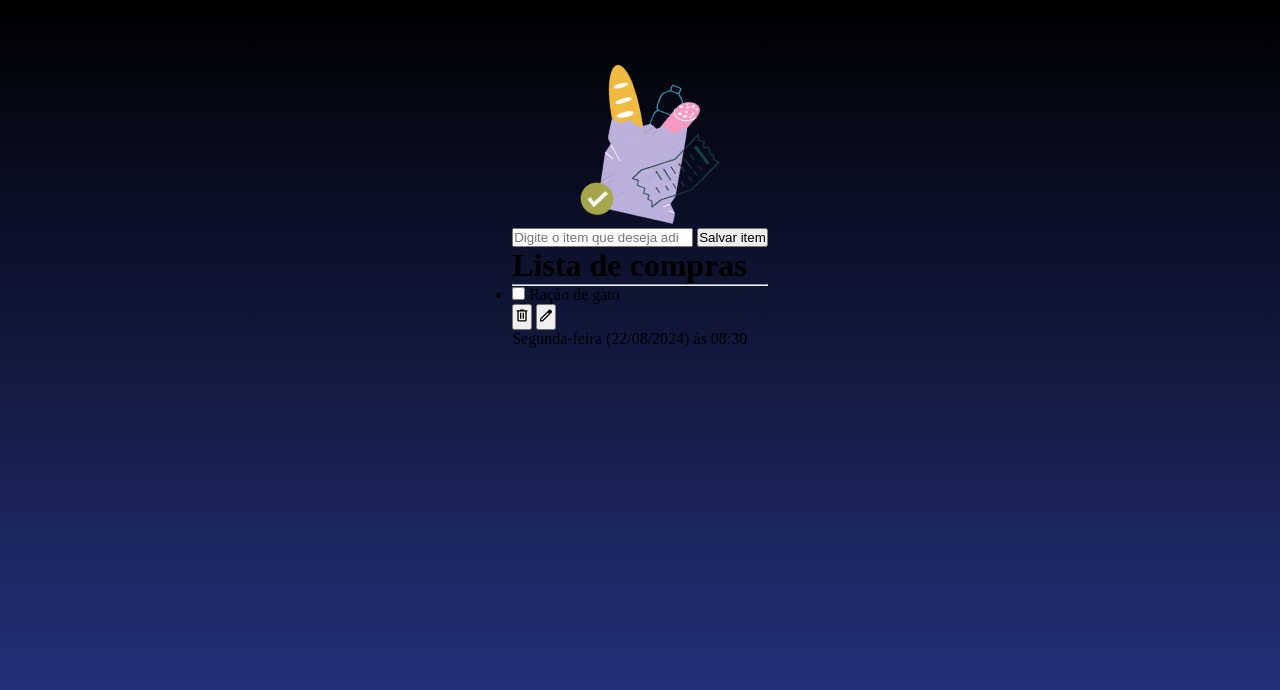
Repository: joaoPraiaJunior/compras_js
Page: index.html
These files come from the project's save history. The page is drawn as it stood at one moment and after the next save; the edit follows.
The browser window is 1280 px wide. The pictures show the whole page.
Some web fonts or font styles are not loaded; a fallback is used.

Above is the page before, as saved 2024-08-22 19:49:29.

### index.html
<!DOCTYPE html>
<html lang="pt-BR" dir="ltr">

<head>
    <meta charset="UTF-8">
    <meta name="viewport" content="width=device-width, initial-scale=1.0">
    <meta name="description" content="Lista de compras">
    <title>Lista de Compras</title>
    <link rel="preconnect" href="https://fonts.googleapis.com">
    <link rel="preconnect" href="https://fonts.gstatic.com" crossorigin>
    <link href="https://fonts.googleapis.com/css2?family=Krona+One&family=Montserrat&family=Numans&display=swap" rel="stylesheet">
    <link rel="stylesheet" href="./css/styles.css">
</head>

<body>
    <header>
        <img src="./img/bag.png" alt="sacola de compras">
    </header>
    <main>
        <form>
            <input type="search" name="busca" placeholder="Digite o item que deseja adicionar">
            <button>Salvar item</button>
        </form>
        <h1>Lista de compras</h1>
        <hr>

        <ul>
            <li>
                <div>
                    <div>
                        <input type="checkbox" name="produto" id="racao_de_gato">
                        <label for="racao_de_gato">Ração de gato</label>
                    </div>
                    <div>
                        <button><img src="./img/delete.svg" alt="Deletar"></button>
                        <button><img src="./img/edit.svg" alt="Editar"></button>
                    </div>
                </div>
                <p>Segunda-feira (<time datetime="2024-08-22">22/08/2024</time>) às <time>08:30</time></p>
            </li>
        </ul>
    </main>
</body>

</html>

### css/styles.css
* {
    box-sizing: border-box;
    margin: 0;
    padding: 0;
}

html {
    font-size: 62.5%;
}

:root {
    --cor-primaria: #F55B64;
    --cor-secundaria: #C2373F;
    --neutro: #F9F9F9;
    --preto: #131730;
    --fonte-titulo: "Krona One", sans-serif;
    --fonte-texto: 'Numans', sans-serif;
    --degrade-azul: linear-gradient(180deg, #000000 0%, #26327F 100%);
}

body {
    display: flex;
    flex-direction: column;
    align-items: center;
    background: var(--degrade-azul);
    background-repeat: no-repeat;
    font-size: 1.6rem;
    height: 100vh;
}

header {
    margin-top: 6.4rem
}

After the next save:
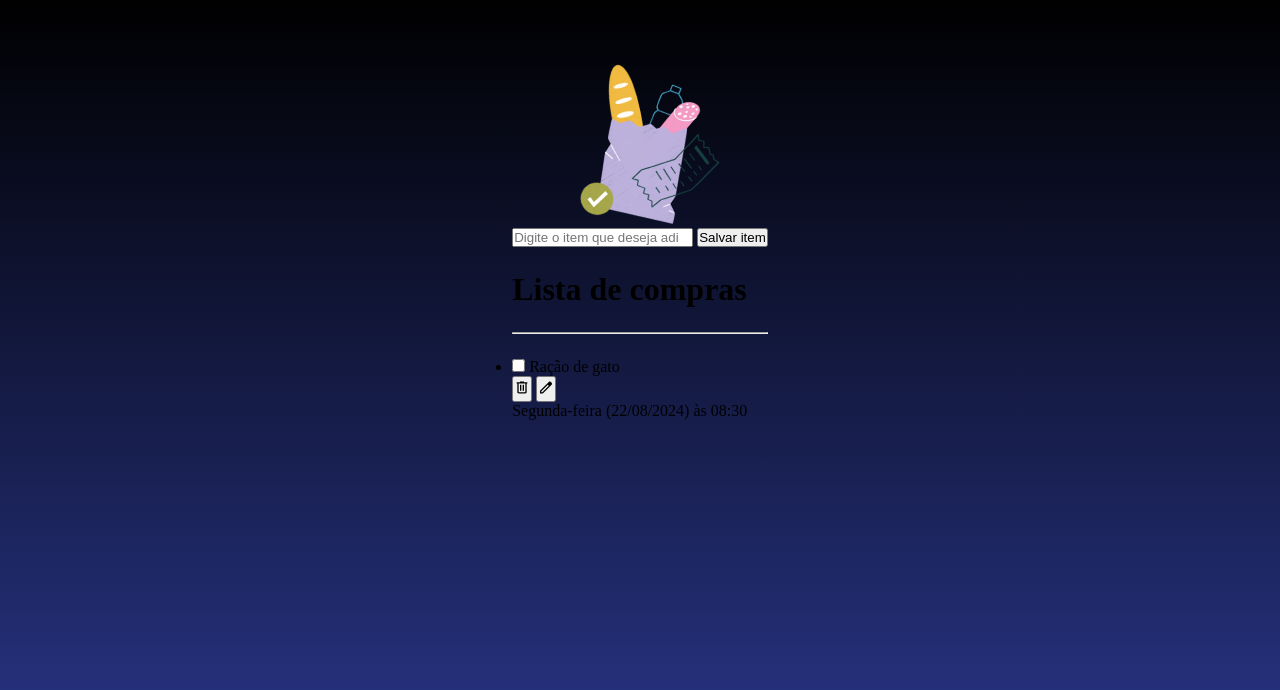
Saved 47 s later.
--- a/css/styles.css
+++ b/css/styles.css
@@ -31,3 +31,9 @@ body {
 header {
     margin-top: 6.4rem
 }
+
+main {
+    display: flex;
+    flex-direction: column;
+    gap: 2.4rem;
+}
